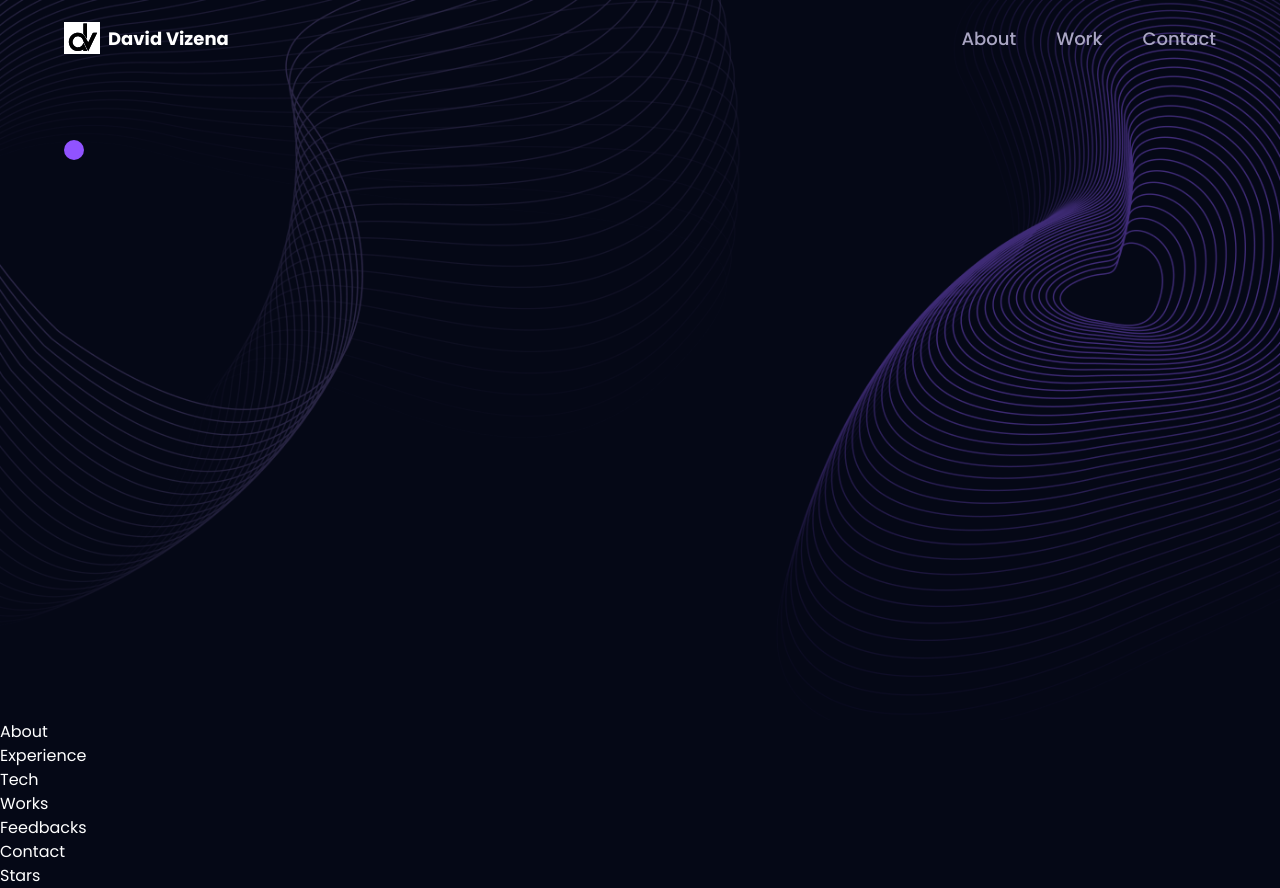
Repository: david-vizena/3d-portfolio
Page: /
The author's editor kept a copy of each file at every save. The page is drawn from the files as they stood at one save, then again after the next save.
The browser window is 1280 px wide. The pictures show the whole page.
The project was rebuilt for these pictures with package versions that can differ from the ones it lists, and the page was loaded fresh each time. Also part of the build but not shown: vite.config.js, src/components/canvas/Earth.jsx, src/components/canvas/Ball.jsx, src/components/canvas/Computers.jsx.

Above is the page before, as saved 2023-04-03 16:39:57.

### index.html
<!DOCTYPE html>
<html lang="en">
	<head>
		<meta charset="UTF-8" />
		<link rel="icon" type="image/svg+xml" href="/src/assets/logo.svg" />
		<meta name="viewport" content="width=device-width, initial-scale=1.0" />
		<title>David | Portfolio</title>
	</head>
	<body>
		<div id="root"></div>
		<script type="module" src="/src/main.jsx"></script>
	</body>
</html>

### src/App.jsx
import { BrowserRouter } from 'react-router-dom';
import {
	About,
	Contact,
	Experience,
	Feedbacks,
	Hero,
	Navbar,
	Tech,
	Works,
	StarsCanvas,
} from './components';

const App = () => {
	return (
		<BrowserRouter>
			<div className='relative z-0 bg-primary'>
				<div className='bg-hero-pattern bg-cover bg-no-repeat bg-center'>
					<Navbar />
					<Hero />
				</div>
				<About />
				<Experience />
				<Tech />
				<Works />
				<Feedbacks />
				<div className='relative z-0'>
					<Contact />
					<StarsCanvas />
				</div>
			</div>
		</BrowserRouter>
	);
};

export default App;

### src/index.css
@import url('https://fonts.googleapis.com/css2?family=Poppins:wght@100;200;300;400;500;600;700;800;900&display=swap');

@tailwind base;
@tailwind components;
@tailwind utilities;

* {
	margin: 0;
	padding: 0;
	box-sizing: border-box;
	font-family: 'Poppins', sans-serif;
	scroll-behavior: smooth;
	color-scheme: dark;
}

.hash-span {
	margin-top: -100px;
	padding-bottom: 100px;
	display: block;
}

.black-gradient {
	background: #000000; /* fallback for old browsers */
	background: -webkit-linear-gradient(
		to right,
		#434343,
		#000000
	); /* Chrome 10-25, Safari 5.1-6 */
	background: linear-gradient(
		to right,
		#434343,
		#000000
	); /* W3C, IE 10+/ Edge, Firefox 16+, Chrome 26+, Opera 12+, Safari 7+ */
}

.violet-gradient {
	background: #804dee;
	background: linear-gradient(-90deg, #804dee 0%, rgba(60, 51, 80, 0) 100%);
	background: -webkit-linear-gradient(
		-90deg,
		#804dee 0%,
		rgba(60, 51, 80, 0) 100%
	);
}

.green-pink-gradient {
	background: '#00cea8';
	background: linear-gradient(90.13deg, #00cea8 1.9%, #bf61ff 97.5%);
	background: -webkit-linear-gradient(-90.13deg, #00cea8 1.9%, #bf61ff 97.5%);
}

.orange-text-gradient {
	background: #f12711; /* fallback for old browsers */
	background: -webkit-linear-gradient(
		to top,
		#f12711,
		#f5af19
	); /* Chrome 10-25, Safari 5.1-6 */
	background: linear-gradient(
		to top,
		#f12711,
		#f5af19
	); /* W3C, IE 10+/ Edge, Firefox 16+, Chrome 26+, Opera 12+, Safari 7+ */
	-webkit-background-clip: text;
	-webkit-text-fill-color: transparent;
}

.green-text-gradient {
	background: #11998e; /* fallback for old browsers */
	background: -webkit-linear-gradient(
		to top,
		#11998e,
		#38ef7d
	); /* Chrome 10-25, Safari 5.1-6 */
	background: linear-gradient(
		to top,
		#11998e,
		#38ef7d
	); /* W3C, IE 10+/ Edge, Firefox 16+, Chrome 26+, Opera 12+, Safari 7+ */
	-webkit-background-clip: text;
	-webkit-text-fill-color: transparent;
}

.blue-text-gradient {
	/* background: -webkit-linear-gradient(#eee, #333); */
	background: #56ccf2; /* fallback for old browsers */
	background: -webkit-linear-gradient(
		to top,
		#2f80ed,
		#56ccf2
	); /* Chrome 10-25, Safari 5.1-6 */
	background: linear-gradient(
		to top,
		#2f80ed,
		#56ccf2
	); /* W3C, IE 10+/ Edge, Firefox 16+, Chrome 26+, Opera 12+, Safari 7+ */
	-webkit-background-clip: text;
	-webkit-text-fill-color: transparent;
}

.pink-text-gradient {
	background: #ec008c; /* fallback for old browsers */
	background: -webkit-linear-gradient(
		to top,
		#ec008c,
		#fc6767
	); /* Chrome 10-25, Safari 5.1-6 */
	background: linear-gradient(
		to top,
		#ec008c,
		#fc6767
	); /* W3C, IE 10+/ Edge, Firefox 16+, Chrome 26+, Opera 12+, Safari 7+ */
	-webkit-background-clip: text;
	-webkit-text-fill-color: transparent;
}

/* canvas- styles */
.canvas-loader {
	font-size: 10px;
	width: 1em;
	height: 1em;
	border-radius: 50%;
	position: relative;
	text-indent: -9999em;
	animation: mulShdSpin 1.1s infinite ease;
	transform: translateZ(0);
}

@keyframes mulShdSpin {
	0%,
	100% {
		box-shadow: 0em -2.6em 0em 0em #ffffff,
			1.8em -1.8em 0 0em rgba(255, 255, 255, 0.2),
			2.5em 0em 0 0em rgba(255, 255, 255, 0.2),
			1.75em 1.75em 0 0em rgba(255, 255, 255, 0.2),
			0em 2.5em 0 0em rgba(255, 255, 255, 0.2),
			-1.8em 1.8em 0 0em rgba(255, 255, 255, 0.2),
			-2.6em 0em 0 0em rgba(255, 255, 255, 0.5),
			-1.8em -1.8em 0 0em rgba(255, 255, 255, 0.7);
	}
	12.5% {
		box-shadow: 0em -2.6em 0em 0em rgba(255, 255, 255, 0.7),
			1.8em -1.8em 0 0em #ffffff, 2.5em 0em 0 0em rgba(255, 255, 255, 0.2),
			1.75em 1.75em 0 0em rgba(255, 255, 255, 0.2),
			0em 2.5em 0 0em rgba(255, 255, 255, 0.2),
			-1.8em 1.8em 0 0em rgba(255, 255, 255, 0.2),
			-2.6em 0em 0 0em rgba(255, 255, 255, 0.2),
			-1.8em -1.8em 0 0em rgba(255, 255, 255, 0.5);
	}
	25% {
		box-shadow: 0em -2.6em 0em 0em rgba(255, 255, 255, 0.5),
			1.8em -1.8em 0 0em rgba(255, 255, 255, 0.7), 2.5em 0em 0 0em #ffffff,
			1.75em 1.75em 0 0em rgba(255, 255, 255, 0.2),
			0em 2.5em 0 0em rgba(255, 255, 255, 0.2),
			-1.8em 1.8em 0 0em rgba(255, 255, 255, 0.2),
			-2.6em 0em 0 0em rgba(255, 255, 255, 0.2),
			-1.8em -1.8em 0 0em rgba(255, 255, 255, 0.2);
	}
	37.5% {
		box-shadow: 0em -2.6em 0em 0em rgba(255, 255, 255, 0.2),
			1.8em -1.8em 0 0em rgba(255, 255, 255, 0.5),
			2.5em 0em 0 0em rgba(255, 255, 255, 0.7), 1.75em 1.75em 0 0em #ffffff,
			0em 2.5em 0 0em rgba(255, 255, 255, 0.2),
			-1.8em 1.8em 0 0em rgba(255, 255, 255, 0.2),
			-2.6em 0em 0 0em rgba(255, 255, 255, 0.2),
			-1.8em -1.8em 0 0em rgba(255, 255, 255, 0.2);
	}
	50% {
		box-shadow: 0em -2.6em 0em 0em rgba(255, 255, 255, 0.2),
			1.8em -1.8em 0 0em rgba(255, 255, 255, 0.2),
			2.5em 0em 0 0em rgba(255, 255, 255, 0.5),
			1.75em 1.75em 0 0em rgba(255, 255, 255, 0.7), 0em 2.5em 0 0em #ffffff,
			-1.8em 1.8em 0 0em rgba(255, 255, 255, 0.2),
			-2.6em 0em 0 0em rgba(255, 255, 255, 0.2),
			-1.8em -1.8em 0 0em rgba(255, 255, 255, 0.2);
	}
	62.5% {
		box-shadow: 0em -2.6em 0em 0em rgba(255, 255, 255, 0.2),
			1.8em -1.8em 0 0em rgba(255, 255, 255, 0.2),
			2.5em 0em 0 0em rgba(255, 255, 255, 0.2),
			1.75em 1.75em 0 0em rgba(255, 255, 255, 0.5),
			0em 2.5em 0 0em rgba(255, 255, 255, 0.7), -1.8em 1.8em 0 0em #ffffff,
			-2.6em 0em 0 0em rgba(255, 255, 255, 0.2),
			-1.8em -1.8em 0 0em rgba(255, 255, 255, 0.2);
	}
	75% {
		box-shadow: 0em -2.6em 0em 0em rgba(255, 255, 255, 0.2),
			1.8em -1.8em 0 0em rgba(255, 255, 255, 0.2),
			2.5em 0em 0 0em rgba(255, 255, 255, 0.2),
			1.75em 1.75em 0 0em rgba(255, 255, 255, 0.2),
			0em 2.5em 0 0em rgba(255, 255, 255, 0.5),
			-1.8em 1.8em 0 0em rgba(255, 255, 255, 0.7), -2.6em 0em 0 0em #ffffff,
			-1.8em -1.8em 0 0em rgba(255, 255, 255, 0.2);
	}
	87.5% {
		box-shadow: 0em -2.6em 0em 0em rgba(255, 255, 255, 0.2),
			1.8em -1.8em 0 0em rgba(255, 255, 255, 0.2),
			2.5em 0em 0 0em rgba(255, 255, 255, 0.2),
			1.75em 1.75em 0 0em rgba(255, 255, 255, 0.2),
			0em 2.5em 0 0em rgba(255, 255, 255, 0.2),
			-1.8em 1.8em 0 0em rgba(255, 255, 255, 0.5),
			-2.6em 0em 0 0em rgba(255, 255, 255, 0.7), -1.8em -1.8em 0 0em #ffffff;
	}
}

### src/components/Hero.jsx
import { motion } from 'framer-motion';

import { styles } from '../styles';
import { ComputersCanvas } from './canvas';

const Hero = () => {
	return (
		<section className='relative w-full h-screen mx-auto'>
			<div
				className={`${styles.paddingX} absolute inset-0 top-[120px] max-w-7xl mx-auto flex flex-row items-start gap-5`}>
				<div className='flex flex-col justify-center items-center mt-5'>
					<div className='w-5 h-5 rounded-full bg-[#9153ff]' />
					<div className='w-1 sm:h-80 h-40 violet-gradiant' />
				</div>
			</div>
		</section>
	);
};

export default Hero;

### src/components/Navbar.jsx
import React, { useEffect, useState } from 'react';
import { Link } from 'react-router-dom';

import { styles } from '../styles';
import { navLinks } from '../constants';
import { logo, menu, close } from '../assets';

const Navbar = () => {
	const [active, setActive] = useState('');
	const [toggle, setToggle] = useState(false);
	const [scrolled, setScrolled] = useState(false);

	useEffect(() => {
		const handleScroll = () => {
			const scrollTop = window.scrollY;
			if (scrollTop > 100) {
				setScrolled(true);
			} else {
				setScrolled(false);
			}
		};

		window.addEventListener('scroll', handleScroll);

		return () => window.removeEventListener('scroll', handleScroll);
	}, []);

	return (
		<nav
			className={`${
				styles.paddingX
			} w-full flex items-center py-5 fixed top-0 z-20 ${
				scrolled ? 'bg-primary' : 'bg-transparent'
			}`}>
			<div className='w-full flex justify-between items-center max-w-7xl mx-auto'>
				<Link
					to='/'
					className='flex items-center gap-2'
					onClick={() => {
						setActive('');
						window.scrollTo(0, 0);
					}}>
					<img src={logo} alt='logo' className='w-9 h-9 object-contain' />
					<p className='text-white text-[18px] font-bold cursor-pointer flex '>
						David Vizena
					</p>
				</Link>

				<ul className='list-none hidden sm:flex flex-row gap-10'>
					{navLinks.map((nav) => (
						<li
							key={nav.id}
							className={`${
								active === nav.title ? 'text-white' : 'text-secondary'
							} hover:text-white text-[18px] font-medium cursor-pointer`}
							onClick={() => setActive(nav.title)}>
							<a href={`#${nav.id}`}>{nav.title}</a>
						</li>
					))}
				</ul>

				<div className='sm:hidden flex flex-1 justify-end items-center'>
					<img
						src={toggle ? close : menu}
						alt='menu'
						className='w-[28px] h-[28px] object-contain'
						onClick={() => setToggle(!toggle)}
					/>

					<div
						className={`${
							!toggle ? 'hidden' : 'flex'
						} p-6 black-gradient absolute top-20 right-0 mx-4 my-2 min-w-[140px] z-10 rounded-xl`}>
						<ul className='list-none flex justify-end items-start flex-1 flex-col gap-4'>
							{navLinks.map((nav) => (
								<li
									key={nav.id}
									className={`font-poppins font-medium cursor-pointer text-[16px] ${
										active === nav.title ? 'text-white' : 'text-secondary'
									}`}
									onClick={() => {
										setToggle(!toggle);
										setActive(nav.title);
									}}>
									<a href={`#${nav.id}`}>{nav.title}</a>
								</li>
							))}
						</ul>
					</div>
				</div>
			</div>
		</nav>
	);
};

export default Navbar;

### src/styles.js
const styles = {
	paddingX: 'sm:px-16 px-6',
	paddingY: 'sm:py-16 py-6',
	padding: 'sm:px-16 px-6 sm:py-16 py-10',

	heroHeadText:
		'font-black text-white lg:text-[80px] sm:text-[60px] xs:text-[50px] text-[40px] lg:leading-[98px] mt-2',
	heroSubText:
		'text-[#dfd9ff] font-medium lg:text-[30px] sm:text-[26px] xs:text-[20px] text-[16px] lg:leading-[40px]',

	sectionHeadText:
		'text-white font-black md:text-[60px] sm:text-[50px] xs:text-[40px] text-[30px]',
	sectionSubText:
		'sm:text-[18px] text-[14px] text-secondary uppercase tracking-wider',
};

export { styles };

### src/constants/index.js
import {
	mobile,
	backend,
	creator,
	web,
	javascript,
	typescript,
	html,
	css,
	reactjs,
	redux,
	tailwind,
	nodejs,
	mongodb,
	git,
	figma,
	docker,
	meta,
	starbucks,
	tesla,
	shopify,
	carrent,
	jobit,
	tripguide,
	threejs,
} from '../assets';

export const navLinks = [
	{
		id: 'about',
		title: 'About',
	},
	{
		id: 'work',
		title: 'Work',
	},
	{
		id: 'contact',
		title: 'Contact',
	},
];

const services = [
	{
		title: 'Web Developer',
		icon: web,
	},
	{
		title: 'React Native Developer',
		icon: mobile,
	},
	{
		title: 'Backend Developer',
		icon: backend,
	},
	{
		title: 'Content Creator',
		icon: creator,
	},
];

const technologies = [
	{
		name: 'HTML 5',
		icon: html,
	},
	{
		name: 'CSS 3',
		icon: css,
	},
	{
		name: 'JavaScript',
		icon: javascript,
	},
	{
		name: 'TypeScript',
		icon: typescript,
	},
	{
		name: 'React JS',
		icon: reactjs,
	},
	{
		name: 'Redux Toolkit',
		icon: redux,
	},
	{
		name: 'Tailwind CSS',
		icon: tailwind,
	},
	{
		name: 'Node JS',
		icon: nodejs,
	},
	{
		name: 'MongoDB',
		icon: mongodb,
	},
	{
		name: 'Three JS',
		icon: threejs,
	},
	{
		name: 'git',
		icon: git,
	},
	{
		name: 'figma',
		icon: figma,
	},
	{
		name: 'docker',
		icon: docker,
	},
];

const experiences = [
	{
		title: 'React.js Developer',
		company_name: 'Starbucks',
		icon: starbucks,
		iconBg: '#383E56',
		date: 'March 2020 - April 2021',
		points: [
			'Developing and maintaining web applications using React.js and other related technologies.',
			'Collaborating with cross-functional teams including designers, product managers, and other developers to create high-quality products.',
			'Implementing responsive design and ensuring cross-browser compatibility.',
			'Participating in code reviews and providing constructive feedback to other developers.',
		],
	},
	{
		title: 'React Native Developer',
		company_name: 'Tesla',
		icon: tesla,
		iconBg: '#E6DEDD',
		date: 'Jan 2021 - Feb 2022',
		points: [
			'Developing and maintaining web applications using React.js and other related technologies.',
			'Collaborating with cross-functional teams including designers, product managers, and other developers to create high-quality products.',
			'Implementing responsive design and ensuring cross-browser compatibility.',
			'Participating in code reviews and providing constructive feedback to other developers.',
		],
	},
	{
		title: 'Web Developer',
		company_name: 'Shopify',
		icon: shopify,
		iconBg: '#383E56',
		date: 'Jan 2022 - Jan 2023',
		points: [
			'Developing and maintaining web applications using React.js and other related technologies.',
			'Collaborating with cross-functional teams including designers, product managers, and other developers to create high-quality products.',
			'Implementing responsive design and ensuring cross-browser compatibility.',
			'Participating in code reviews and providing constructive feedback to other developers.',
		],
	},
	{
		title: 'Full stack Developer',
		company_name: 'Meta',
		icon: meta,
		iconBg: '#E6DEDD',
		date: 'Jan 2023 - Present',
		points: [
			'Developing and maintaining web applications using React.js and other related technologies.',
			'Collaborating with cross-functional teams including designers, product managers, and other developers to create high-quality products.',
			'Implementing responsive design and ensuring cross-browser compatibility.',
			'Participating in code reviews and providing constructive feedback to other developers.',
		],
	},
];

const testimonials = [
	{
		testimonial:
			'I thought it was impossible to make a website as beautiful as our product, but Rick proved me wrong.',
		name: 'Sara Lee',
		designation: 'CFO',
		company: 'Acme Co',
		image: 'https://randomuser.me/api/portraits/women/4.jpg',
	},
	{
		testimonial:
			"I've never met a web developer who truly cares about their clients' success like Rick does.",
		name: 'Chris Brown',
		designation: 'COO',
		company: 'DEF Corp',
		image: 'https://randomuser.me/api/portraits/men/5.jpg',
	},
	{
		testimonial:
			"After Rick optimized our website, our traffic increased by 50%. We can't thank them enough!",
		name: 'Lisa Wang',
		designation: 'CTO',
		company: '456 Enterprises',
		image: 'https://randomuser.me/api/portraits/women/6.jpg',
	},
];

const projects = [
	{
		name: 'Car Rent',
		description:
			'Web-based platform that allows users to search, book, and manage car rentals from various providers, providing a convenient and efficient solution for transportation needs.',
		tags: [
			{
				name: 'react',
				color: 'blue-text-gradient',
			},
			{
				name: 'mongodb',
				color: 'green-text-gradient',
			},
			{
				name: 'tailwind',
				color: 'pink-text-gradient',
			},
		],
		image: carrent,
		source_code_link: 'https://github.com/',
	},
	{
		name: 'Job IT',
		description:
			'Web application that enables users to search for job openings, view estimated salary ranges for positions, and locate available jobs based on their current location.',
		tags: [
			{
				name: 'react',
				color: 'blue-text-gradient',
			},
			{
				name: 'restapi',
				color: 'green-text-gradient',
			},
			{
				name: 'scss',
				color: 'pink-text-gradient',
			},
		],
		image: jobit,
		source_code_link: 'https://github.com/',
	},
	{
		name: 'Trip Guide',
		description:
			'A comprehensive travel booking platform that allows users to book flights, hotels, and rental cars, and offers curated recommendations for popular destinations.',
		tags: [
			{
				name: 'nextjs',
				color: 'blue-text-gradient',
			},
			{
				name: 'supabase',
				color: 'green-text-gradient',
			},
			{
				name: 'css',
				color: 'pink-text-gradient',
			},
		],
		image: tripguide,
		source_code_link: 'https://github.com/',
	},
];

export { services, technologies, experiences, testimonials, projects };

### src/assets/index.js
import logo from "./logo.svg";
import backend from "./backend.png";
import creator from "./creator.png";
import mobile from "./mobile.png";
import web from "./web.png";
import github from "./github.png";
import menu from "./menu.svg";
import close from "./close.svg";

import css from "./tech/css.png";
import docker from "./tech/docker.png";
import figma from "./tech/figma.png";
import git from "./tech/git.png";
import html from "./tech/html.png";
import javascript from "./tech/javascript.png";
import mongodb from "./tech/mongodb.png";
import nodejs from "./tech/nodejs.png";
import reactjs from "./tech/reactjs.png";
import redux from "./tech/redux.png";
import tailwind from "./tech/tailwind.png";
import typescript from "./tech/typescript.png";
import threejs from "./tech/threejs.svg";

import meta from "./company/meta.png";
import shopify from "./company/shopify.png";
import starbucks from "./company/starbucks.png";
import tesla from "./company/tesla.png";

import carrent from "./carrent.png";
import jobit from "./jobit.png";
import tripguide from "./tripguide.png";

export {
  logo,
  backend,
  creator,
  mobile,
  web,
  github,
  menu,
  close,
  css,
  docker,
  figma,
  git,
  html,
  javascript,
  mongodb,
  nodejs,
  reactjs,
  redux,
  tailwind,
  typescript,
  threejs,
  meta,
  shopify,
  starbucks,
  tesla,
  carrent,
  jobit,
  tripguide,
};

### tailwind.config.js
/** @type {import('tailwindcss').Config} */
module.exports = {
	content: ['./src/**/*.{js,jsx}'],
	mode: 'jit',
	theme: {
		extend: {
			colors: {
				primary: '#050816',
				secondary: '#aaa6c3',
				tertiary: '#151030',
				'black-100': '#100d25',
				'black-200': '#090325',
				'white-100': '#f3f3f3',
			},
			boxShadow: {
				card: '0px 35px 120px -15px #211e35',
			},
			screens: {
				xs: '450px',
			},
			backgroundImage: {
				'hero-pattern': "url('/src/assets/herobg.png')",
			},
		},
	},
	plugins: [],
};

Loaded but not shown: src/main.jsx (common file); src/components/index.js (common file); src/components/canvas/index.js (common file); src/components/About.jsx (common file); src/components/Tech.jsx (common file); src/components/Experience.jsx (common file); src/components/Works.jsx (common file); src/components/Feedbacks.jsx (common file); src/components/Contact.jsx (common file); src/components/canvas/Stars.jsx (common file)

After the next save:
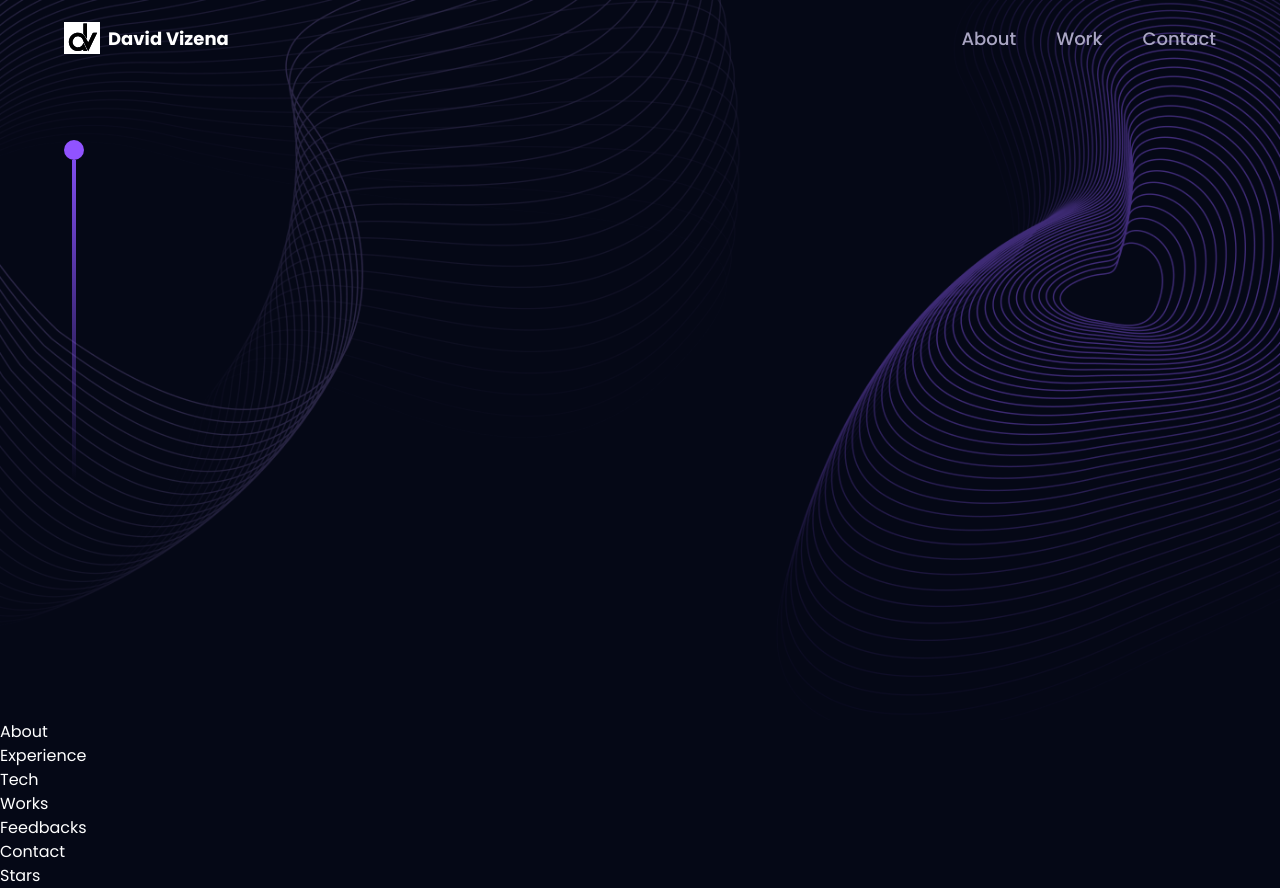
Saved 20 s later.
--- a/src/components/Hero.jsx
+++ b/src/components/Hero.jsx
@@ -10,7 +10,7 @@
 				className={`${styles.paddingX} absolute inset-0 top-[120px] max-w-7xl mx-auto flex flex-row items-start gap-5`}>
 				<div className='flex flex-col justify-center items-center mt-5'>
 					<div className='w-5 h-5 rounded-full bg-[#9153ff]' />
-					<div className='w-1 sm:h-80 h-40 violet-gradiant' />
+					<div className='w-1 sm:h-80 h-40 violet-gradient' />
 				</div>
 			</div>
 		</section>
